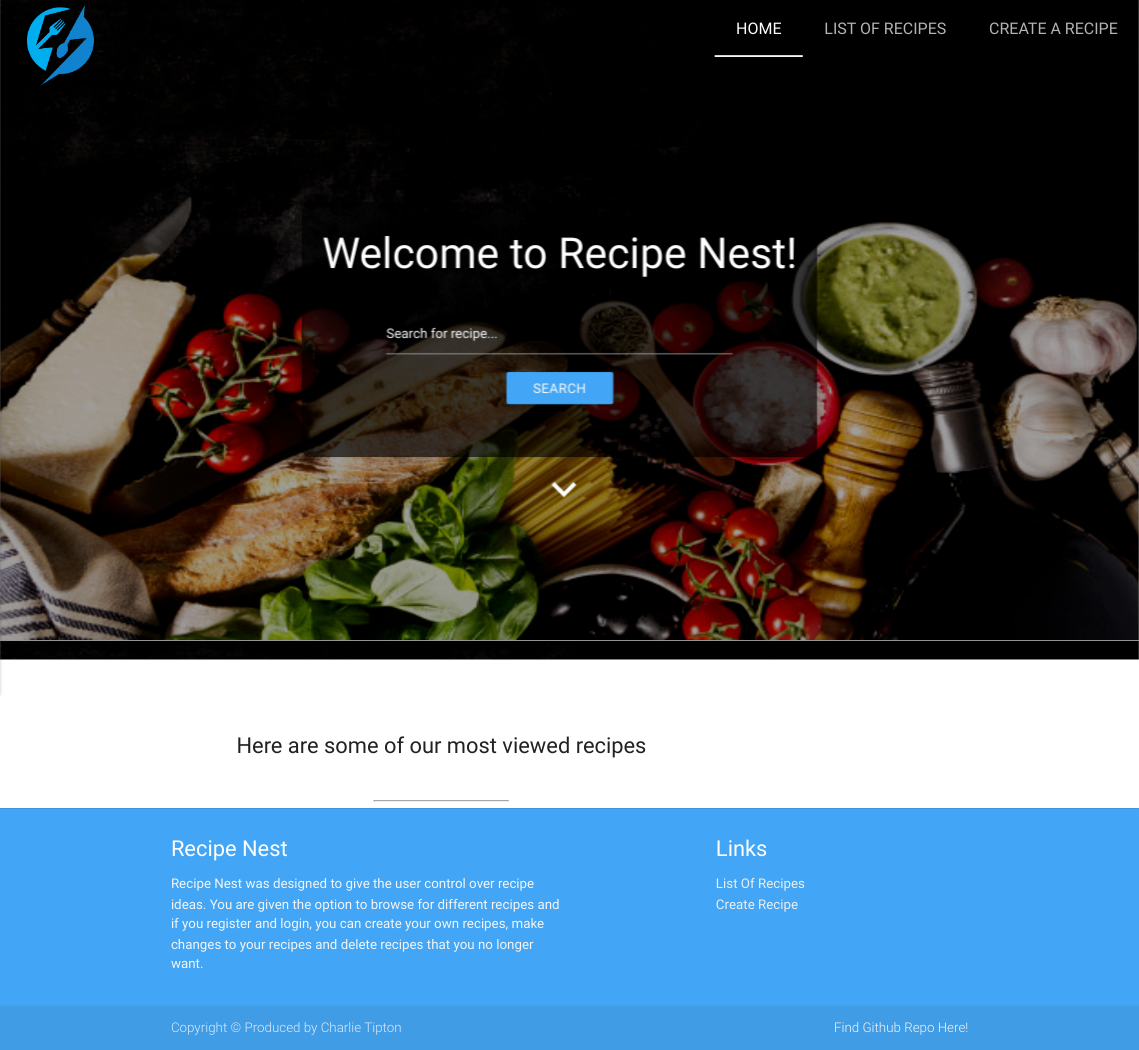
Repository: CharlieJT/Recipes
Page: http://localhost/
The author's editor kept a record of every edit. The page is drawn from the files as they stood at one moment, then again after the next edit.
The browser window is 1280 px wide. The pictures show the whole page, at 89% of full size.
Backgrounds fixed to the window are drawn as part of the page. Some web libraries are served in a nearby version. The page is served by the project's application, run on Flask 3 (app.py). Queries for data that is not in the repository find no rows.

Above is the page before.

After the next edit:
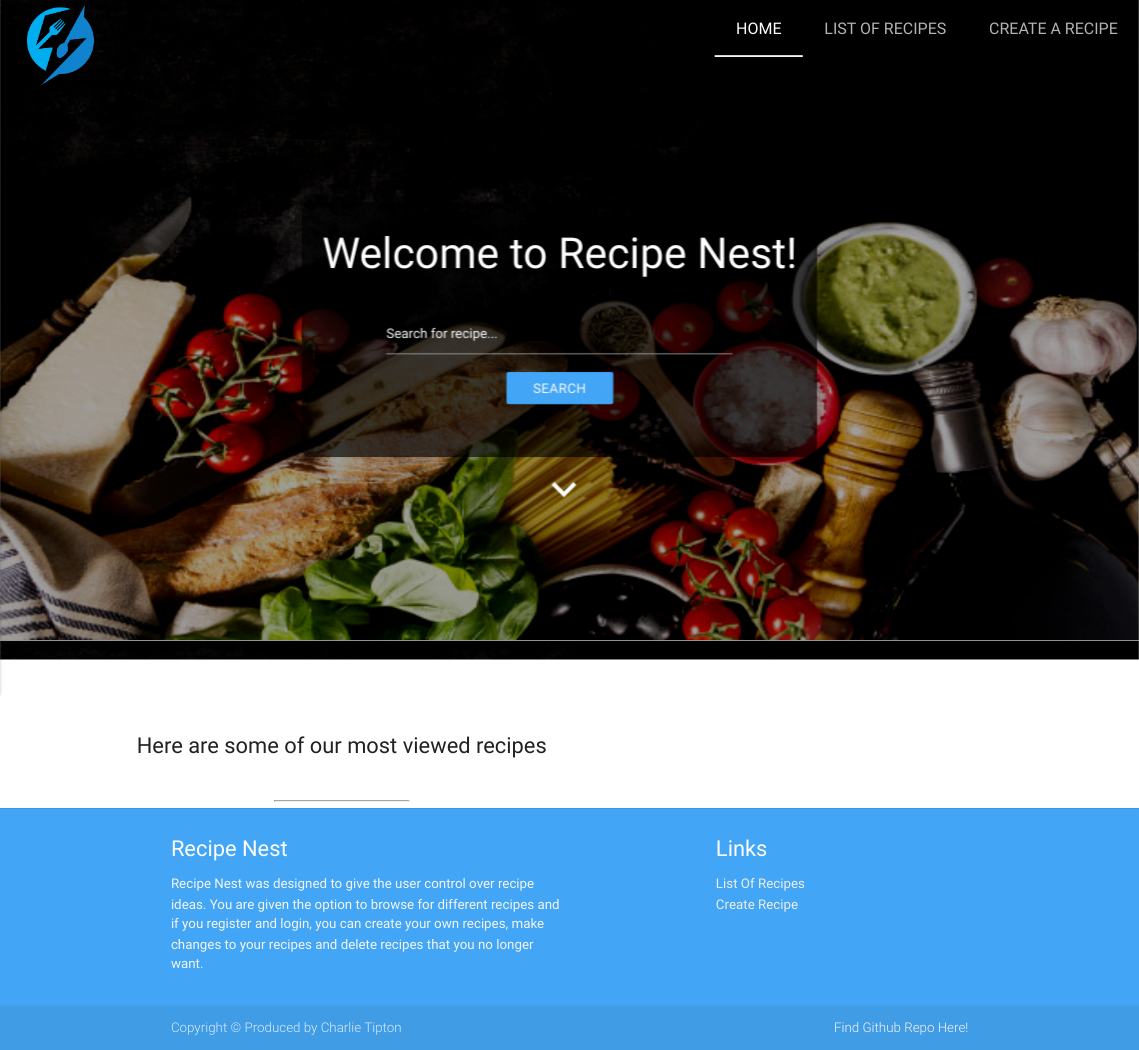
The edit:
--- a/static/css/index.css
+++ b/static/css/index.css
@@ -197,7 +197,7 @@
 
 @media only screen and (min-width: 768px) {
     .recipe-row {
-        width: 992px;
+        width: 768px;
     }
 }
 
